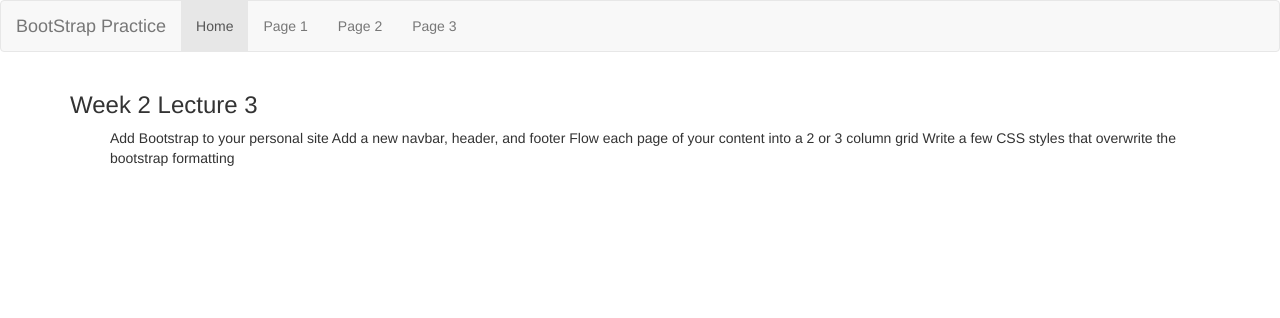
Repository: ayannasampson/bootstrappractice
Page: bs.html
An editor plug-in stored every save of this project. The page is shown before and after the next save, followed by the edit.
The browser window is 1280 px wide. The pictures show the whole page.

Above is the page before, as saved 2023-03-21 12:41:51.

### bs.html

    <html lang="en">
<head>
  <title>Bootstrap Practice</title>
  <meta charset="utf-8">
  <meta name="viewport" content="width=device-width, initial-scale=1">
  <link rel="stylesheet" href="https://maxcdn.bootstrapcdn.com/bootstrap/3.4.1/css/bootstrap.min.css">
  <script src="https://ajax.googleapis.com/ajax/libs/jquery/3.6.3/jquery.min.js"></script>
  <script src="https://maxcdn.bootstrapcdn.com/bootstrap/3.4.1/js/bootstrap.min.js"></script>
</head>
<body>

<nav class="navbar navbar-default">
  <div class="container-fluid">
    <div class="navbar-header">
      <a class="navbar-brand" href="#">BootStrap Practice</a>
    </div>
    <ul class="nav navbar-nav">
      <li class="active"><a href="#">Home</a></li>
      <li><a href="#">Page 1</a></li>
      <li><a href="#">Page 2</a></li>
      <li><a href="#">Page 3</a></li>
    </ul>
  </div>
</nav>

<div class="container">
  <h3>Week 2 Lecture 3</h3>
  <p> <ul
    <ls>Add Bootstrap to your personal site</ls>
<ls>Add a new navbar, header, and footer</ls>
<ls>Flow each page of your content into a 2 or 3 column grid</ls>
<ls>Write a few CSS styles that overwrite the bootstrap formatting</ls></p>
  </ul>

</div>

</body>
</html>


</html>

After the next save:
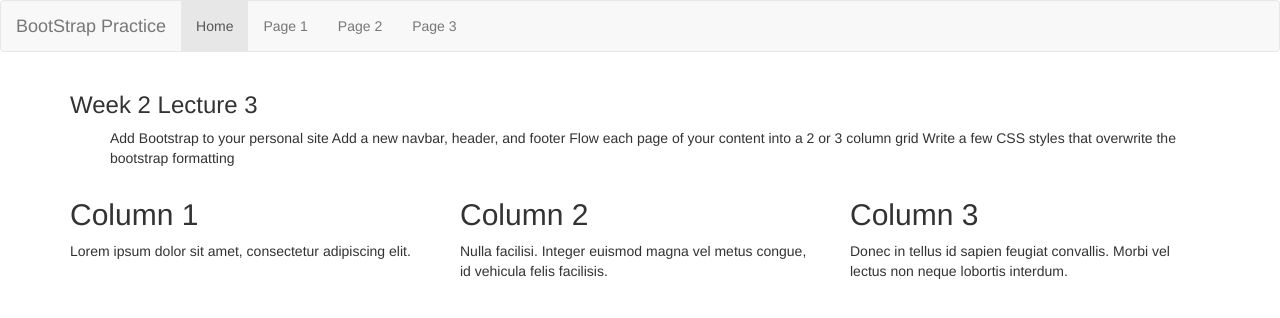
Saved 25 min 38 s later.
--- a/bs.html
+++ b/bs.html
@@ -34,7 +34,22 @@
   </ul>
 
 </div>
-
+<div class="container">
+		<div class="row">
+			<div class="col-md-4">
+				<h2>Column 1</h2>
+				<p>Lorem ipsum dolor sit amet, consectetur adipiscing elit.</p>
+			</div>
+			<div class="col-md-4">
+				<h2>Column 2</h2>
+				<p>Nulla facilisi. Integer euismod magna vel metus congue, id vehicula felis facilisis.</p>
+			</div>
+			<div class="col-md-4">
+				<h2>Column 3</h2>
+				<p>Donec in tellus id sapien feugiat convallis. Morbi vel lectus non neque lobortis interdum.</p>
+			</div>
+		</div>
+	</div>
 </body>
 </html>
 
